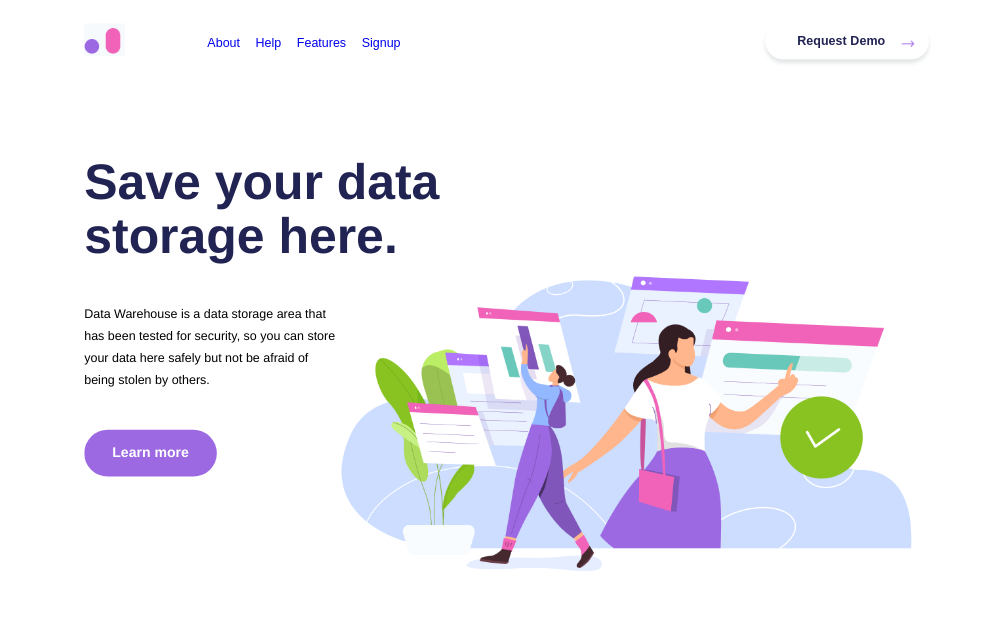
Repository: batonAnton/HW6_flexbox
Page: index.html
These files come from the project's save history. The page is drawn as it stood at one moment and after the next save; the edit follows.
The browser window is 1280 px wide. The pictures show the whole page, at 78% of full size.
Some web fonts or font styles are not loaded; a fallback is used.

Above is the page before, as saved 2022-06-18 11:27:04.

### index.html
<!DOCTYPE html>
<html lang="en">
<head>
    <meta charset="UTF-8">
    <meta http-equiv="X-UA-Compatible" content="IE=edge">
    <meta name="viewport" content="width=device-width, initial-scale=1.0">
    <link href="http://fonts.cdnfonts.com/css/helvetica-neue-9" rel="stylesheet">
    <link rel="stylesheet" href="./fonts/Helvetica-Bold.ttf">
    <link rel="stylesheet" href="./fonts/AvenirLTStd-Black.otf">
    <link rel="stylesheet" href="/css/style.css">
    <title>FlexBox</title>
</head>
<body>
    <header>
        <div class="logo">
            <img src="./images/logo.png" alt="logo">
        </div>

        <nav>
            <ul>
                <li>
                    <a href="#">about</a>
                </li>
                <li>
                    <a href="#">help</a>
                </li>
                <li>
                    <a href="#">features</a>
                </li>
                <li>
                    <a href="#">signup</a>
                </li>
            </ul>
        </nav>

        <div class="header-btn">
            <div>
                <button>request demo</button>
            </div>
            <div class="btn-img">
                <img src="./images/right-arrow.png" alt="arrow-right" >
            </div>
        </div>
    </header>

    <div class="section">
        <div class="info">
            <h1>Save your data <br> storage here.</h1>
            <p>Data Warehouse is a data storage area that <br>has been
                tested for security, so you can store <br> your data here
                safely but not be afraid of <br> being stolen by others.</p>
            <button>Learn more</button>
        </div>

        <div class="section-img">
            <img src="./images/headerImg.png" alt="">
        </div>
    </div>
</body>
</html>

### css/style.css
body {
  box-sizing: border-box;
  font-family: "Avenir";
}

header {
  display: flex;
  margin: 30px 100px;
  justify-content: space-between;
  /* border: 1px solid gray; */
 font-family: Arial, Helvetica, sans-serif;
  font-size: 16px;
}


nav {
  margin-right: 40%;
}

nav ul {
  display: flex;
  list-style: none;
  color: #4b5d68;
}

nav ul li a {
  text-decoration: none;
  padding-left: 20px;
  text-transform: capitalize;
}

.header-btn {
  display: flex;
  justify-content: center;
}


.header-btn button {
  padding: 15px 30px 15px 15px;
  text-transform: capitalize;
  border: none;
  border-radius: 50px;
  background: #ffffff;
  box-shadow: 0px 5px 5px rgb(75 93 104 / 15%);
  width: 210px;
  color: #212353;
  font-size: 16px;
  font-weight: 800;
  line-height: 100%;
  letter-spacing: 0.005em;
}

.btn-img {
  margin-left: -35px;
  padding-left: -15px;
  align-self: center;
}

button img {
  padding-top: 5px;
  margin-left: 5px;
}

button:hover {
  border: 1px solid rgba(156, 105, 226, 1);
  text-decoration: underline;
}

.section {
  display: flex;
  margin: 70px 100px;
  position: relative;
  height: 600px;
  overflow: hidden;
}


.info {
  width: 50%;
}

.section h1 {
  font-style: normal;
  font-weight: 700;
  font-size: 4rem;
  line-height: 110%;
  font-family: "Helvetica Neue", sans-serif;
  color:#212353;
  font-weight: 700;
}



.section p {
  font-family: 'Avenir', Helvetica, sans-serif;
  font-style: normal;
  font-weight: 500;
  font-size: 16px;
  line-height: 28px;
  margin-top: 50px;
  margin-bottom: 50px;
}

.section-img {
  position: absolute;
  bottom: 1%;
  right: -13%;
}
.section-img img {
  width: 84%;
}

.info button{
    font-family: 'Avenir', Helvetica, sans-serif;
    font-style: normal;
    font-weight: 700;
    font-size: 18px;
    line-height: 160%;
    background-color: #9C69E2;
    border-radius: 50px;
    color: #ffffff;
    width: 170px;
    height: 60px;
    border: none;
    cursor: pointer;
}

After the next save:
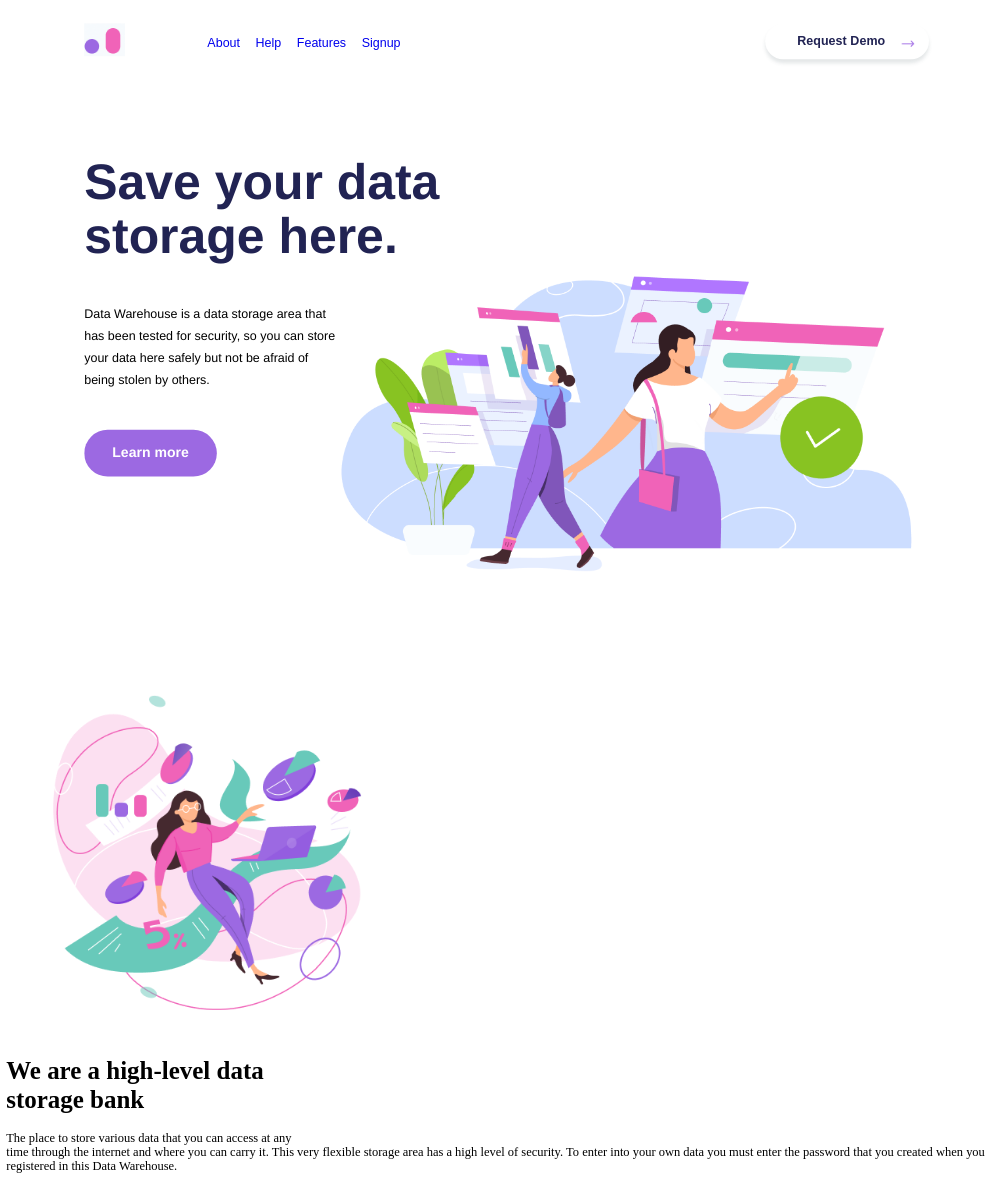
Saved 2 min 8 s later.
--- a/index.html
+++ b/index.html
@@ -56,5 +56,19 @@
             <img src="./images/headerImg.png" alt="">
         </div>
     </div>
+
+    <div class="section2">
+        <div class="sectin2-img">
+            <img src="./images/assideimg.png" alt="assideimg">
+        </div>
+
+        <div class="section2-info">
+            <h1>We are a high-level data <br> storage bank</h1>
+            <p>
+                The place to store various data that you can access at any <br> time through the internet  and where you can carry it.
+                This very flexible storage area has a high level of security. To enter into your own data you must enter the password that you created when you registered in this Data Warehouse.
+            </p>
+        </div>
+    </div>
 </body>
 </html>
